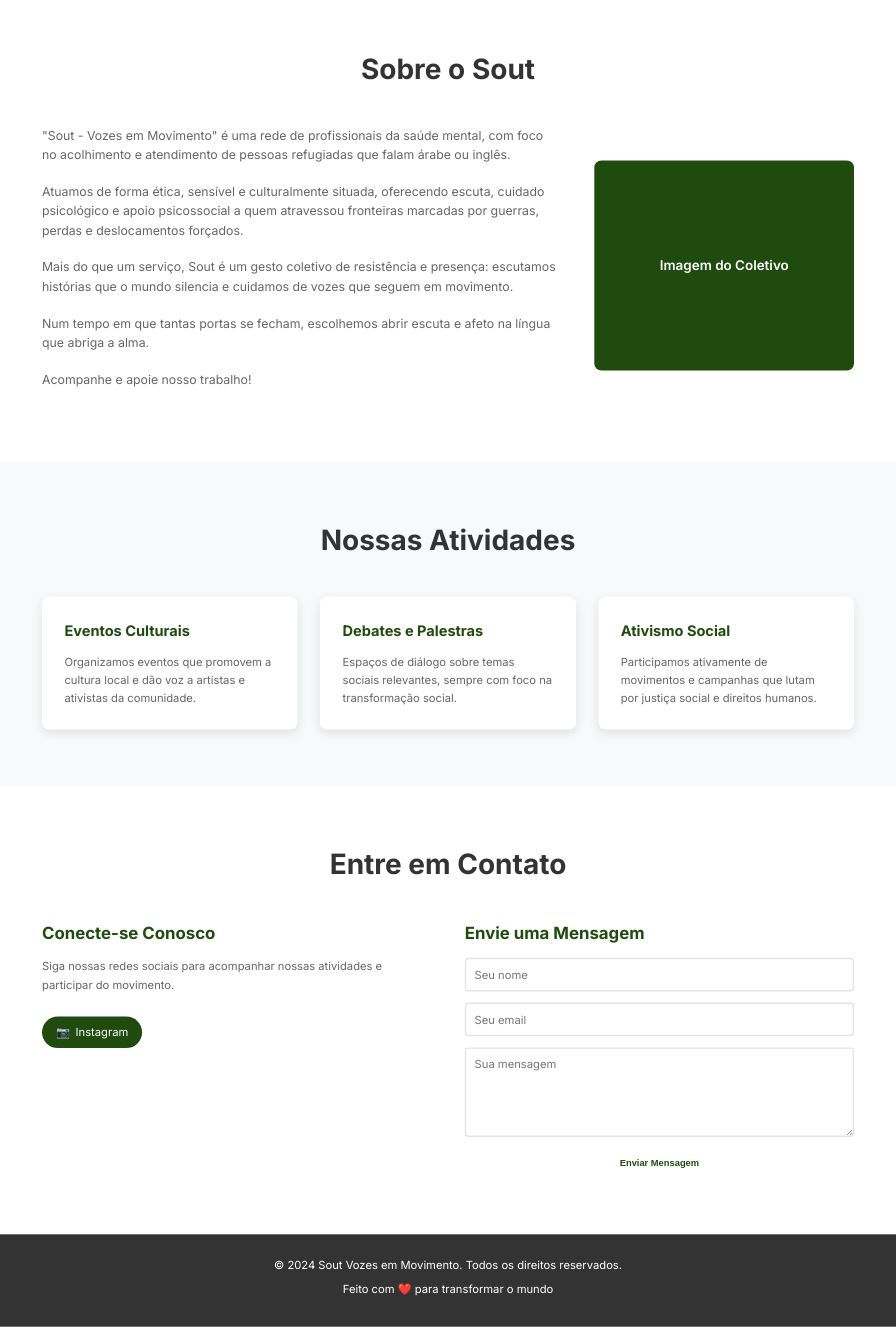
Repository: farukzahra/sout
Page: index.html
An editor plug-in stored every save of this project. The page is shown before and after the next save, followed by the edit.
The browser window is 1280 px wide. The pictures show the part of the page from y = 806 to 2726 px (the page is 2701 px tall before and 2726 px after), at 70% of full size.
Some web fonts or font styles are not loaded; a fallback is used.

Above is the page before, as saved 2025-10-02 18:48:25.

After the next save:
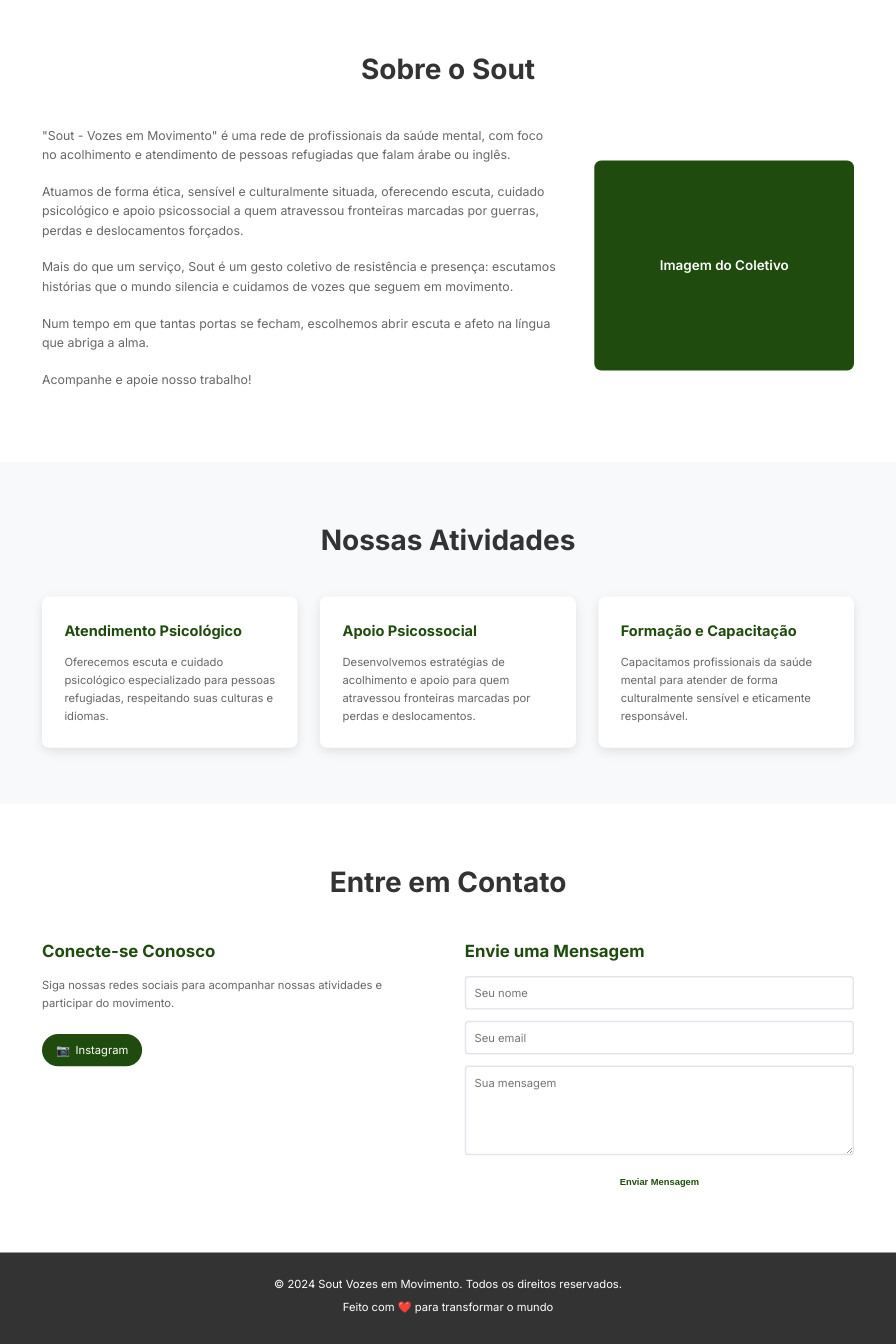
Saved 7 s later.
--- a/index.html
+++ b/index.html
@@ -63,16 +63,16 @@
                 <h2>Nossas Atividades</h2>
                 <div class="activities-grid">
                     <div class="activity-card">
-                        <h3>Eventos Culturais</h3>
-                        <p>Organizamos eventos que promovem a cultura local e dão voz a artistas e ativistas da comunidade.</p>
+                        <h3>Atendimento Psicológico</h3>
+                        <p>Oferecemos escuta e cuidado psicológico especializado para pessoas refugiadas, respeitando suas culturas e idiomas.</p>
                     </div>
                     <div class="activity-card">
-                        <h3>Debates e Palestras</h3>
-                        <p>Espaços de diálogo sobre temas sociais relevantes, sempre com foco na transformação social.</p>
+                        <h3>Apoio Psicossocial</h3>
+                        <p>Desenvolvemos estratégias de acolhimento e apoio para quem atravessou fronteiras marcadas por perdas e deslocamentos.</p>
                     </div>
                     <div class="activity-card">
-                        <h3>Ativismo Social</h3>
-                        <p>Participamos ativamente de movimentos e campanhas que lutam por justiça social e direitos humanos.</p>
+                        <h3>Formação e Capacitação</h3>
+                        <p>Capacitamos profissionais da saúde mental para atender de forma culturalmente sensível e eticamente responsável.</p>
                     </div>
                 </div>
             </div>
